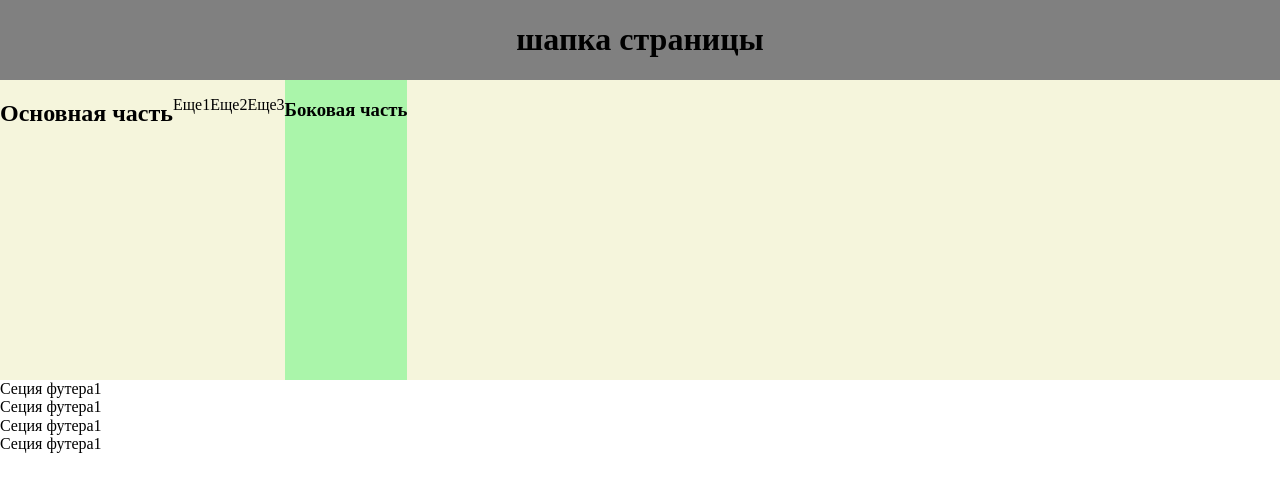
Repository: IrinaGetmanenko/week5
Page: week5/index.html
An editor plug-in stored every save of this project. The page is shown before and after the next save, followed by the edit.
The browser window is 1280 px wide. The pictures show the whole page.

Above is the page before, as saved 2022-08-28 12:11:03.

After the next save:
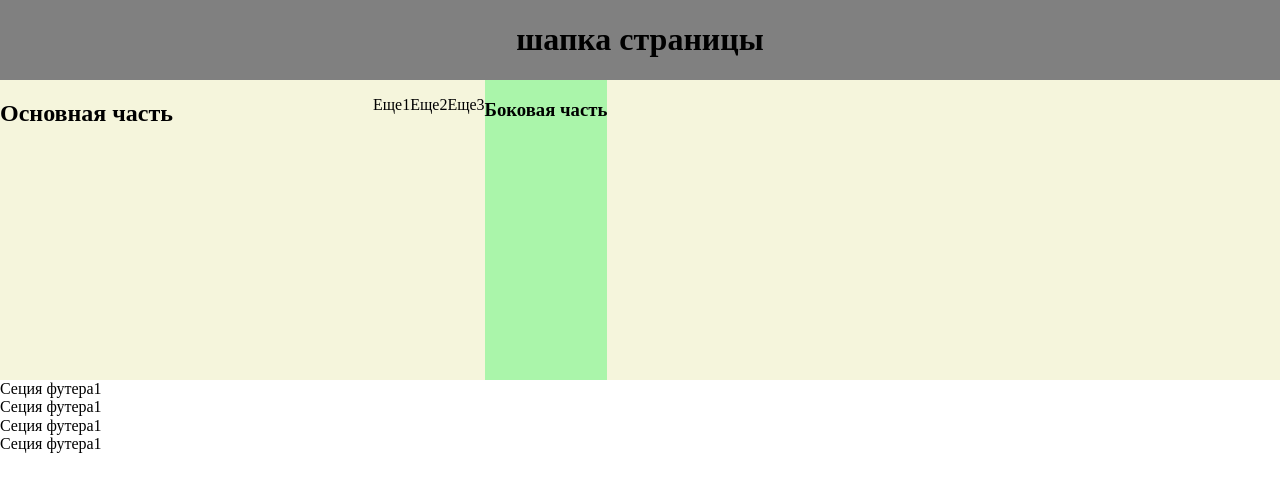
Saved 60 s later.
--- a/week5/index.html
+++ b/week5/index.html
@@ -20,7 +20,7 @@
             background-color: beige;
         }
         .main1{
-
+           flex-basis: 200px;
 
         }
         .main2{
